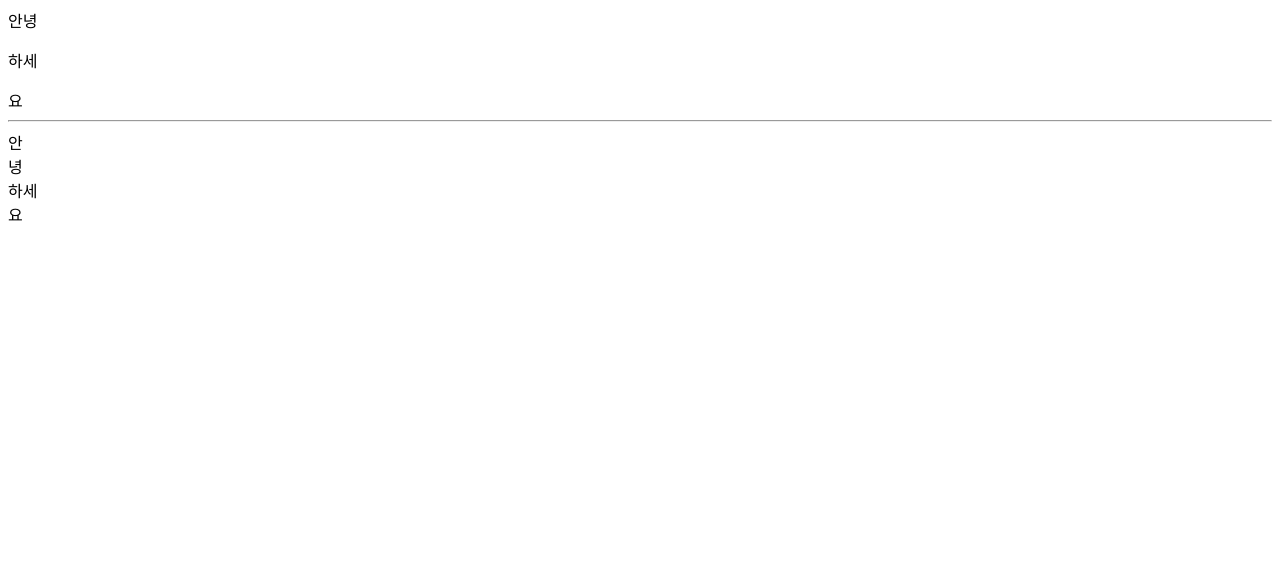
Repository: hui-Joo/html
Page: html/day01.html
The author's editor kept a copy of each file at every save. The page is drawn from the files as they stood at one save, then again after the next save.
The browser window is 1280 px wide. The pictures show the whole page.

Above is the page before, as saved 2021-10-04 04:52:18.

### html/day01.html
<!DOCTYPE html>
<html>
<head>
<meta charset="utf-8"> <!-- 이건 없어됨 꺽쇠 느낌표 바바가 주석임 -->
<title>Insert title here</title>
</head>
<body>
	안녕
	<p>하세</p>
	요
	<hr>
	안<br>녕<br>
	하세<br>
	요
<!--
	안녕하세요~
-->
</body>
</html>

After the next save:
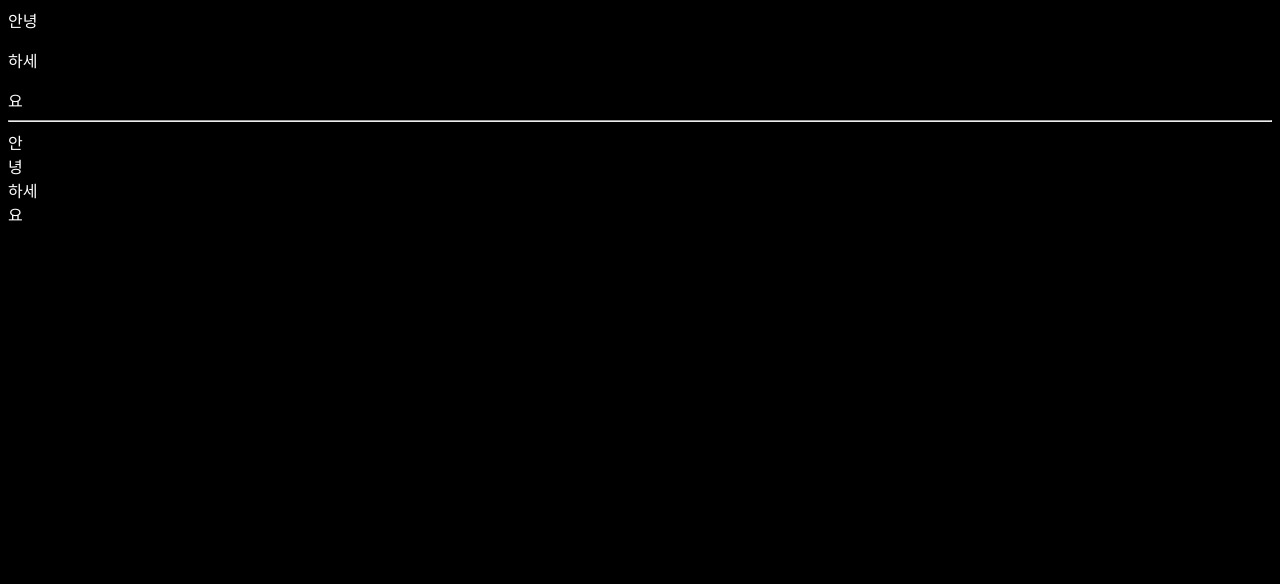
Saved 2 min 55 s later.
--- a/html/day01.html
+++ b/html/day01.html
@@ -4,11 +4,11 @@
 <meta charset="utf-8"> <!-- 이건 없어됨 꺽쇠 느낌표 바바가 주석임 -->
 <title>Insert title here</title>
 </head>
-<body>
+<body text="white" bgcolor="black">
 	안녕
 	<p>하세</p>
 	요
-	<hr>
+<hr>
 	안<br>녕<br>
 	하세<br>
 	요

After the save that followed:
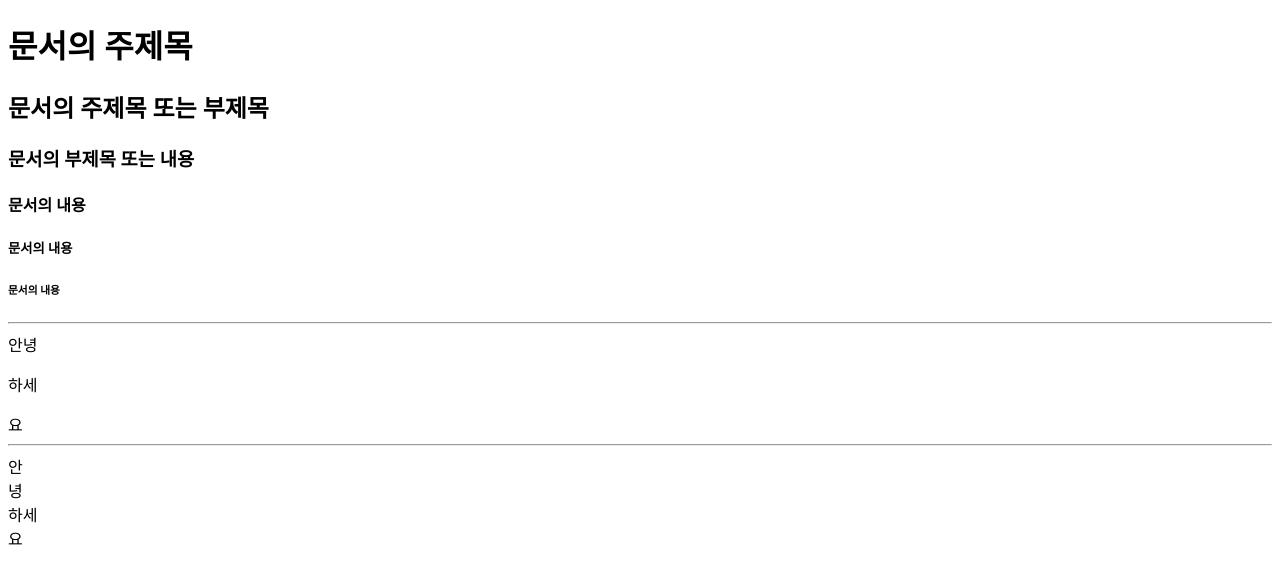
Saved 4 min 35 s later.
--- a/html/day01.html
+++ b/html/day01.html
@@ -4,7 +4,19 @@
 <meta charset="utf-8"> <!-- 이건 없어됨 꺽쇠 느낌표 바바가 주석임 -->
 <title>Insert title here</title>
 </head>
+<!--
 <body text="white" bgcolor="black">
+-->
+<body>
+
+<h1>문서의 주제목</h1>
+<h2>문서의 주제목 또는 부제목</h2>
+<h3>문서의 부제목 또는 내용</h3>
+<h4>문서의 내용</h4>
+<h5>문서의 내용</h5>
+<h6>문서의 내용</h6>
+
+<hr>
 	안녕
 	<p>하세</p>
 	요
